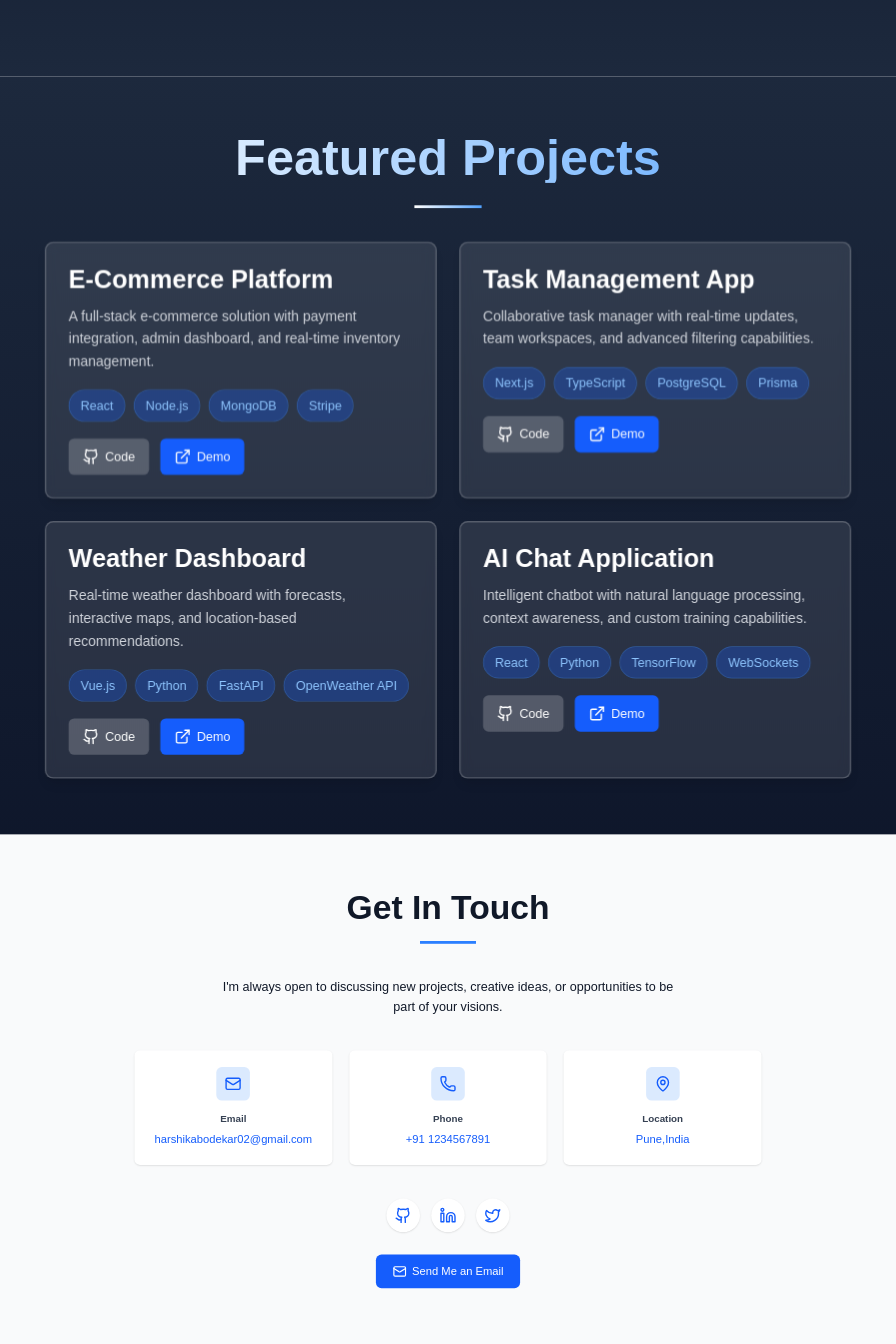
Repository: harshikabodekar/portfolio_awp
Page: /
An editor plug-in stored every save of this project. The page is shown before and after the next save, followed by the edit.
The browser window is 1280 px wide. The pictures show the part of the page from y = 1396 to 3316 px (the page is 3316 px tall before and 3283 px after), at 70% of full size.
The project was rebuilt for these pictures with package versions that can differ from the ones it lists, and the page was loaded fresh each time. The framework's server and built-in components were replaced by stand-ins that run in the browser. Also part of the build but not shown: next.config.mjs.

Above is the page before, as saved 2025-10-15 20:36:49.

After the next save:
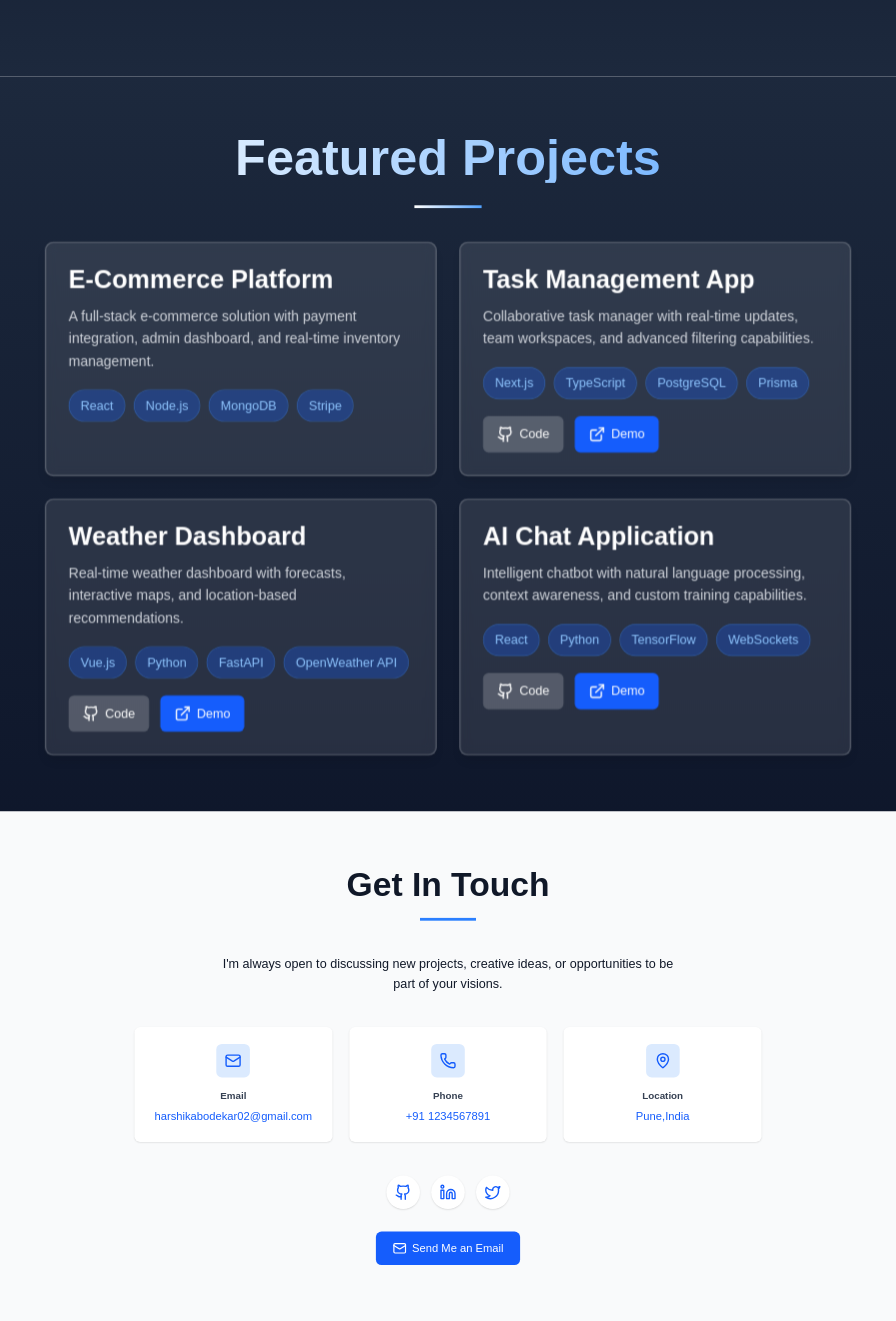
Saved 72 s later.
--- a/src/app/components/Project.js
+++ b/src/app/components/Project.js
@@ -8,8 +8,7 @@ const Projects = () => {
       title: "E-Commerce Platform",
       description: "A full-stack e-commerce solution with payment integration, admin dashboard, and real-time inventory management.",
       tech: ["React", "Node.js", "MongoDB", "Stripe"],
-      github: "https://github.com",
-      demo: "https://demo.com"
+
     },
     {
       title: "Task Management App",
